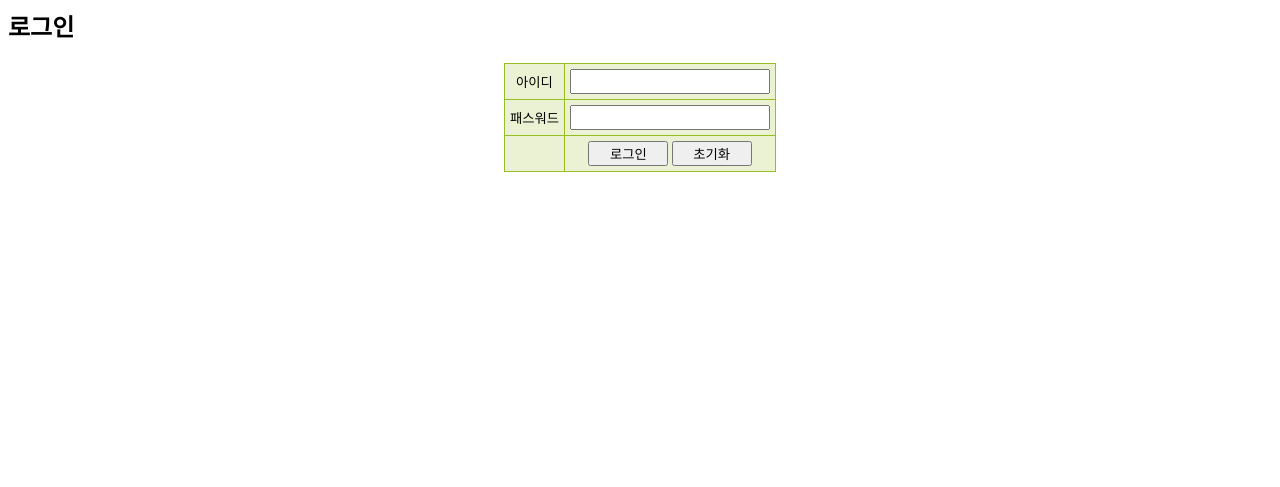
Repository: lmcoa15/Movie
Page: http://localhost/movie/login/login_user.jsp
An editor plug-in stored every save of this project. The page is shown before and after the next save, followed by the edit.
The browser window is 1280 px wide. The pictures show the whole page.
The page is served by Tomcat 9.

Above is the page before, as saved 2015-12-05 13:38:36.

After the next save:
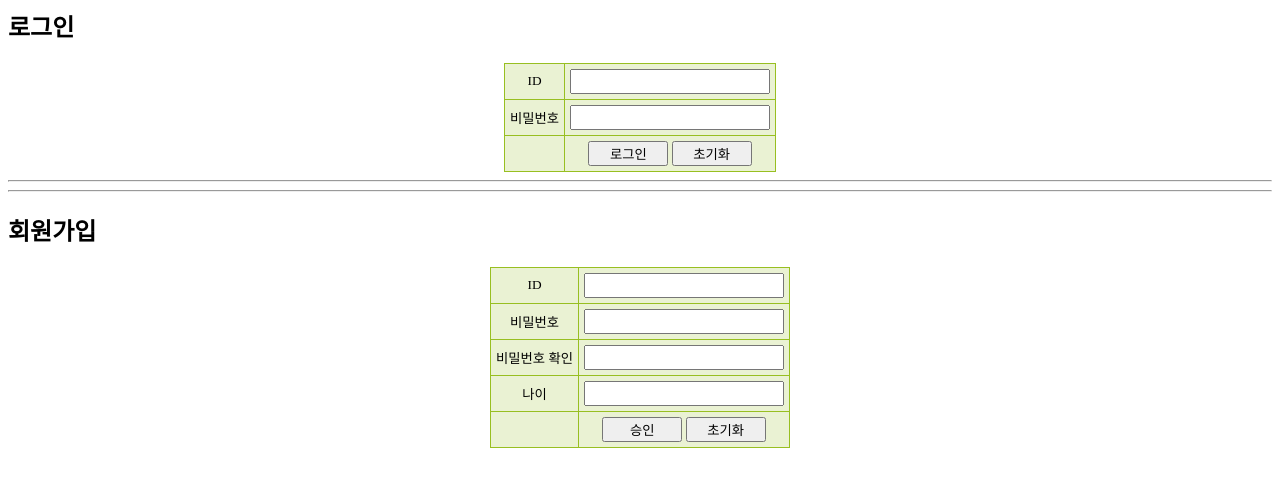
Saved 4 min 47 s later.
--- a/workspace/movie/WebContent/login/login_user.jsp
+++ b/workspace/movie/WebContent/login/login_user.jsp
@@ -14,12 +14,12 @@
 												cellpadding="5">
 
 	<tr>
-		<td>아이디</td>
+		<td>ID</td>
 		<td><input type="text" name="user_id" size=10></td>
 	</tr>
 
 	<tr>
-		<td>패스워드</td>
+		<td>비밀번호</td>
 		<td><input type="password" name="user_password" size=10></td>
 	</tr>
 
@@ -30,6 +30,39 @@
 		</td>
 	</tr>
 </table>
+
+<hr><hr>
+<h2>회원가입</h2>
+	<form method ="post" action="" name="form2">
+	<table width="250" border="1"align="center" cellspacing="0"
+												cellpadding="5">
+
+	<tr>
+		<td>ID</td>
+		<td><input type="text" name="join_user_id" size=10></td>
+	</tr>
+
+	<tr>
+		<td>비밀번호</td>
+		<td><input type="password" name="join_user_password" size=10></td>
+	</tr>
+
+	<tr>
+		<td>비밀번호 확인</td>
+		<td><input type="password" name="join_user_password_check" size=10></td>
+	</tr>
+
+	<tr>
+		<td>나이</td>
+		<td><input type="password" name="join_user_age" size=10></td>
+	</tr>
+
+	<tr>
+		<td></td>
+		<td><input type="button" name="join_obtain_button" value="승인" size=1>
+			<input type="button" name="join_initialization_button" value="초기화" size=1>
+		</td>
+	</tr>
 </form>
 </body>
 </html>
